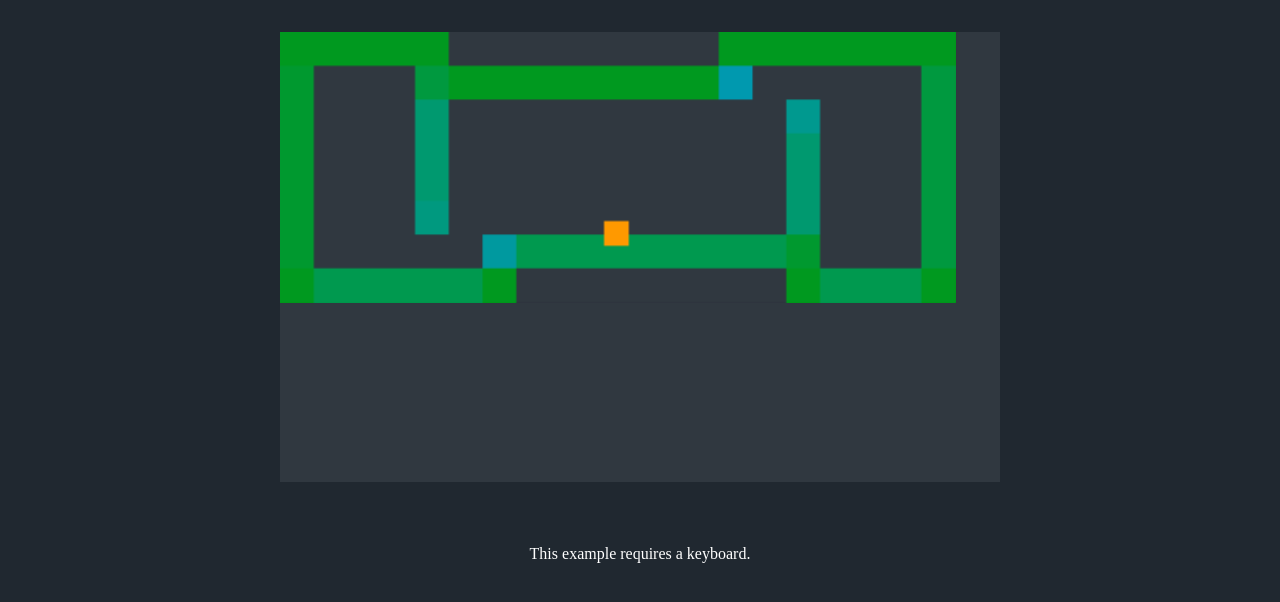
Repository: jh0l/WorldsHardestGame
Page: index.html
These files come from the project's save history. The page is drawn as it stood at one moment and after the next save; the edit follows.
The browser window is 1280 px wide. The pictures show the whole page.

Above is the page before, as saved 2018-07-19 00:20:20.

After the next save:
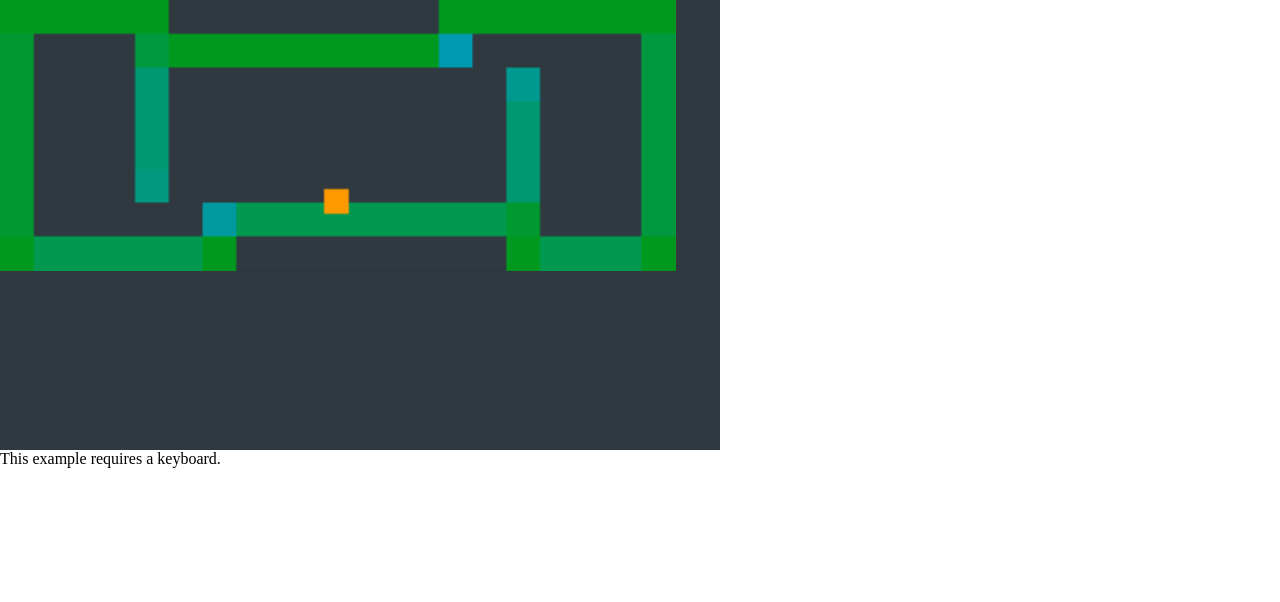
Saved 61 s later.
--- a/src/index.css
+++ b/src/index.css
@@ -10,7 +10,7 @@
 }
 
 body {
-  align-content: space-around;
+  /* align-content: space-around;
   background-color: #202830;
   color: #ffffff;
   display: grid;
@@ -19,7 +19,7 @@
   height: 100%;
   justify-content: space-around;
   text-align: center;
-  width: 100%;
+  width: 100%; */
 }
 
 canvas {

After the save that followed:
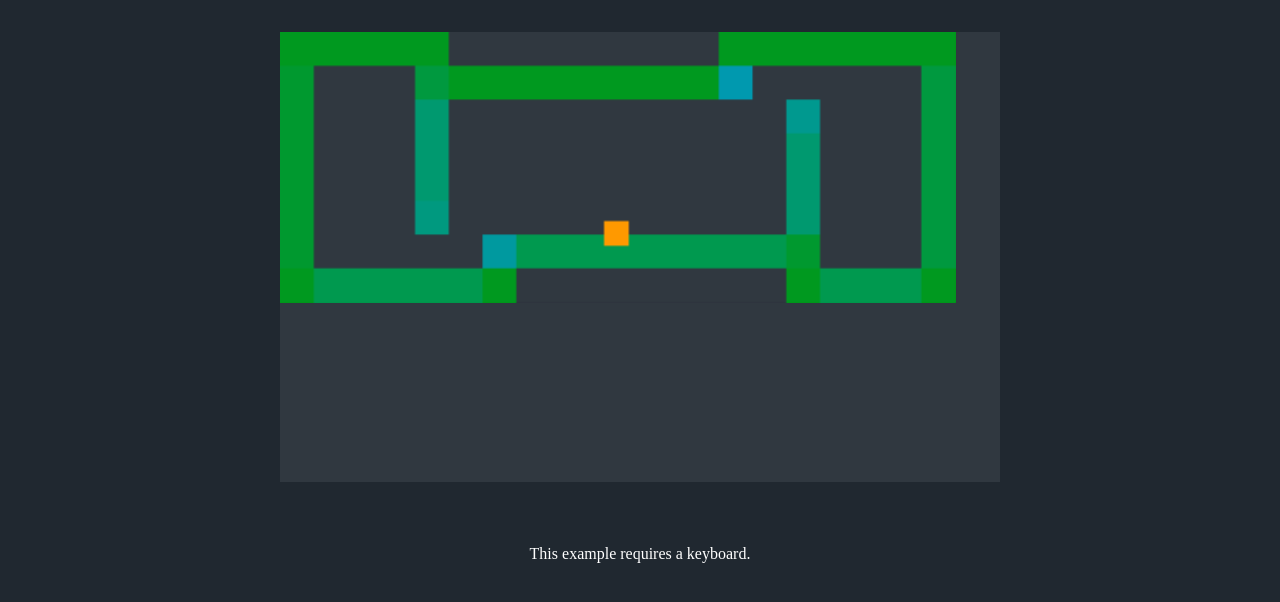
Saved 10 s later.
--- a/src/index.css
+++ b/src/index.css
@@ -10,7 +10,7 @@
 }
 
 body {
-  /* align-content: space-around;
+  align-content: space-around;
   background-color: #202830;
   color: #ffffff;
   display: grid;
@@ -19,7 +19,7 @@
   height: 100%;
   justify-content: space-around;
   text-align: center;
-  width: 100%; */
+  width: 100%;
 }
 
 canvas {
